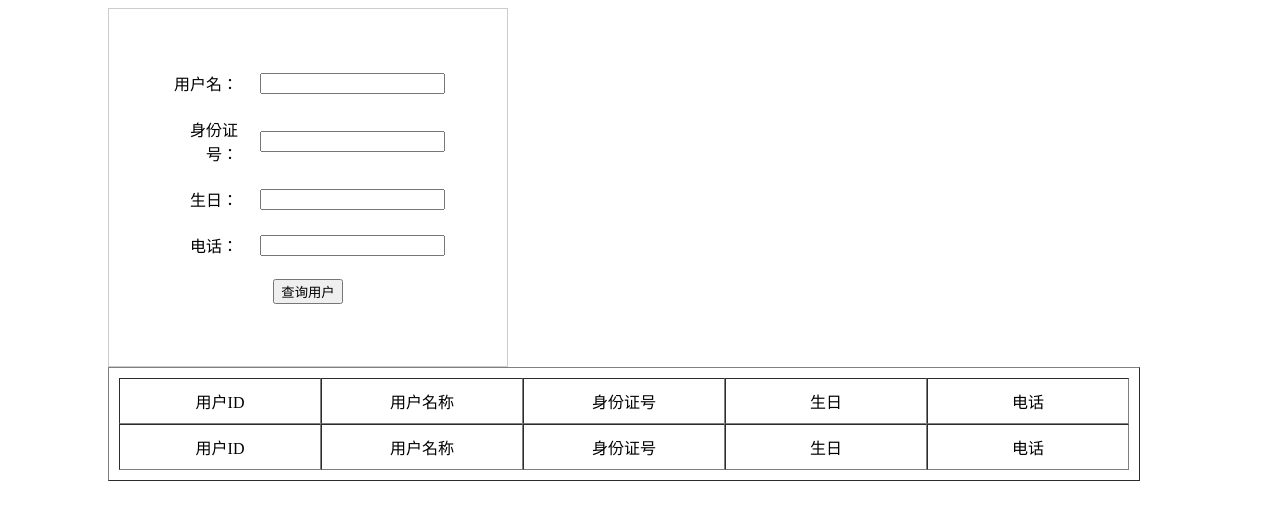
Repository: showmore/study
Page: http://localhost/MyWebProject/
These files come from the project's save history. The page is drawn as it stood at one moment and after the next save; the edit follows.
The browser window is 1280 px wide. The pictures show the whole page.
The page is served by Tomcat 9. Other server files are loaded and not shown.

Above is the page before, as saved 2018-12-23 12:06:56.

### MyWebProject/WebContent/index.jsp
<%@ page language="java" contentType="text/html; charset=UTF-8"
	pageEncoding="UTF-8"%>

<!DOCTYPE html>
<html>
<head>
<meta charset="UTF-8">
<title>MVC Test Index</title>
<style>
	tr {
		height:40px;
	}
	td {
		padding:10px;
		width:180px;
		text-align: center;
	}
</style>
</head>
<body>
	<form action="<%=request.getContextPath()%>/query.udo">
		<table
			style="margin: 0 100px; padding: 50px; border: 1px #ccc solid; width: 400px;">
			<tr>
				<td style="text-align: right;">用户名：</td>
				<td style="text-align: left;"><input type="text"
					name="username" /></td>
			</tr>
			<tr>
				<td style="text-align: right;">身份证号：</td>
				<td style="text-align: left;"><input type="text"
					name="identity" /></td>
			</tr>
			<tr>
				<td style="text-align: right;">生日：</td>
				<td style="text-align: left;"><input type="text"
					name="birthday" /></td>
			</tr>
			<tr>
				<td style="text-align: right;">电话：</td>
				<td style="text-align: left;"><input type="text"
					name="phone" /></td>
			</tr>
			<tr>
				<td colspan=2 style="text-align: center;"><input type="submit"
					value="查询用户" />
					<a href="<%=request.getContextPath()%>/add.udo"></a>
					</td>

			</tr>

		</table>
	</form>

	<table style="margin-left:100px; padding:10px;" border="1" cellpadding="0" cellspacing="0">
		<tr>
			<td>用户ID</td><td>用户名称</td><td>身份证号</td><td>生日</td><td>电话</td>
		</tr>
		<tr>
			<td>用户ID</td><td>用户名称</td><td>身份证号</td><td>生日</td><td>电话</td>
		</tr>
	</table>


</body>
</html>

After the next save:
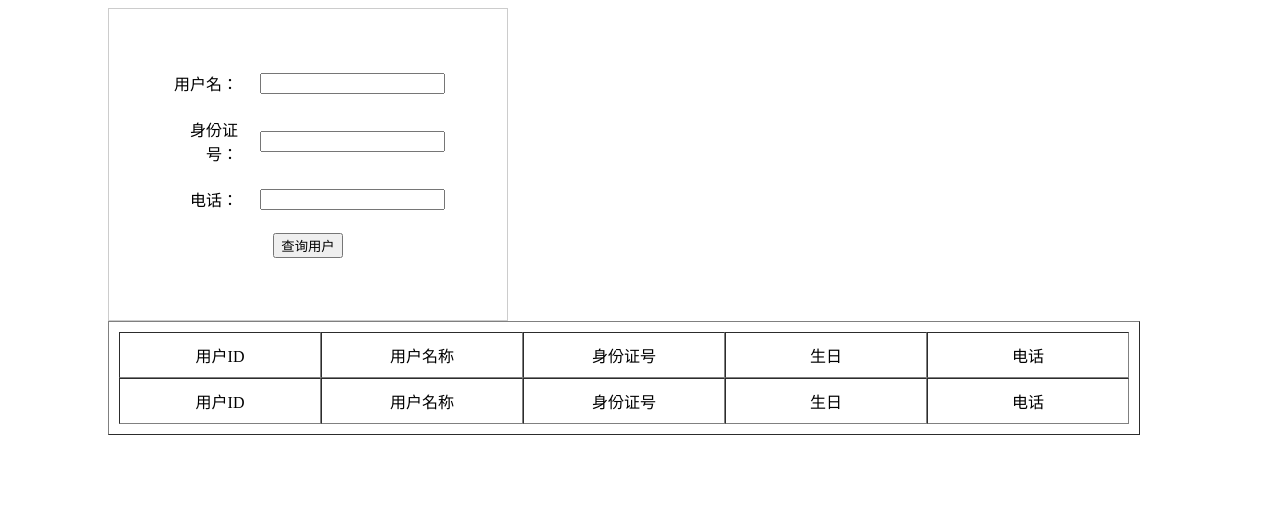
Saved 3 s later.
--- a/MyWebProject/WebContent/index.jsp
+++ b/MyWebProject/WebContent/index.jsp
@@ -32,11 +32,6 @@
 					name="identity" /></td>
 			</tr>
 			<tr>
-				<td style="text-align: right;">生日：</td>
-				<td style="text-align: left;"><input type="text"
-					name="birthday" /></td>
-			</tr>
-			<tr>
 				<td style="text-align: right;">电话：</td>
 				<td style="text-align: left;"><input type="text"
 					name="phone" /></td>
